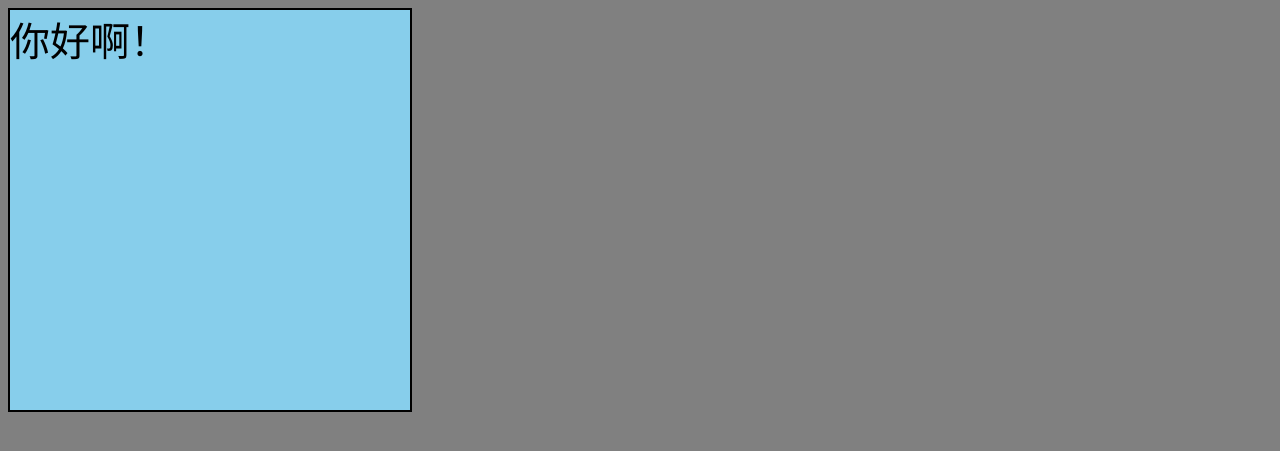
Repository: 123648923/html5-css3
Page: css/13 背景属性/背景属性.html
An editor plug-in stored every save of this project. The page is shown before and after the next save, followed by the edit.
The browser window is 1280 px wide. The pictures show the whole page.

Above is the page before, as saved 2023-11-06 16:32:32.

After the next save:
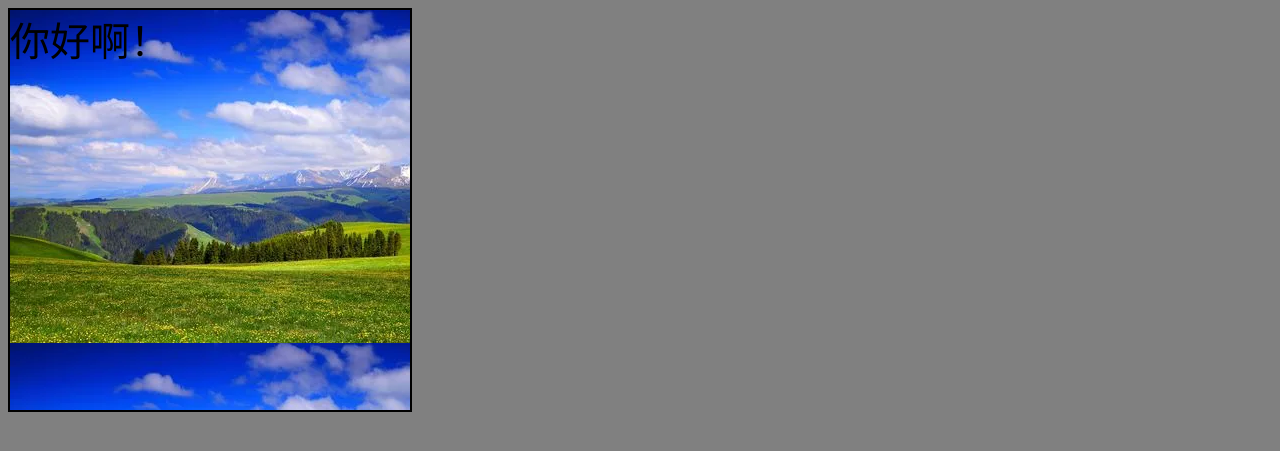
Saved 25 s later.
--- a/css/13 背景属性/背景属性.html
+++ b/css/13 背景属性/背景属性.html
@@ -17,6 +17,7 @@
             /* 设置背景的颜色 */
             background-color: skyblue;
             /* 背景图片设置 */
+            background-image: url("../../fj.webp");
         }
     </style>
 </head>
